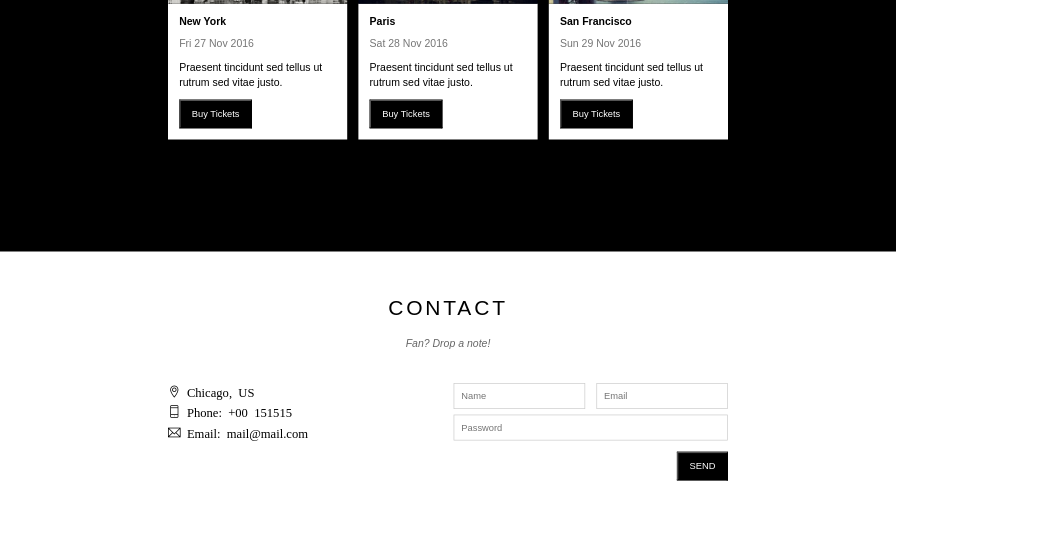
Repository: duyhung0311/band_music
Page: index.html
The author's editor kept a copy of each file at every save. The page is drawn from the files as they stood at one save, then again after the next save.
The browser window is 1280 px wide. The page is 1280 px wide, then 1489 px, so the pictures cover 1489 px, including what lies to the right of the window. The pictures show the part of the page from y = 1846 to 3486 px (the page is 2644 px tall before and 3486 px after), at 70% of full size.

Above is the page before, as saved 2021-08-15 13:18:11.

After the next save:
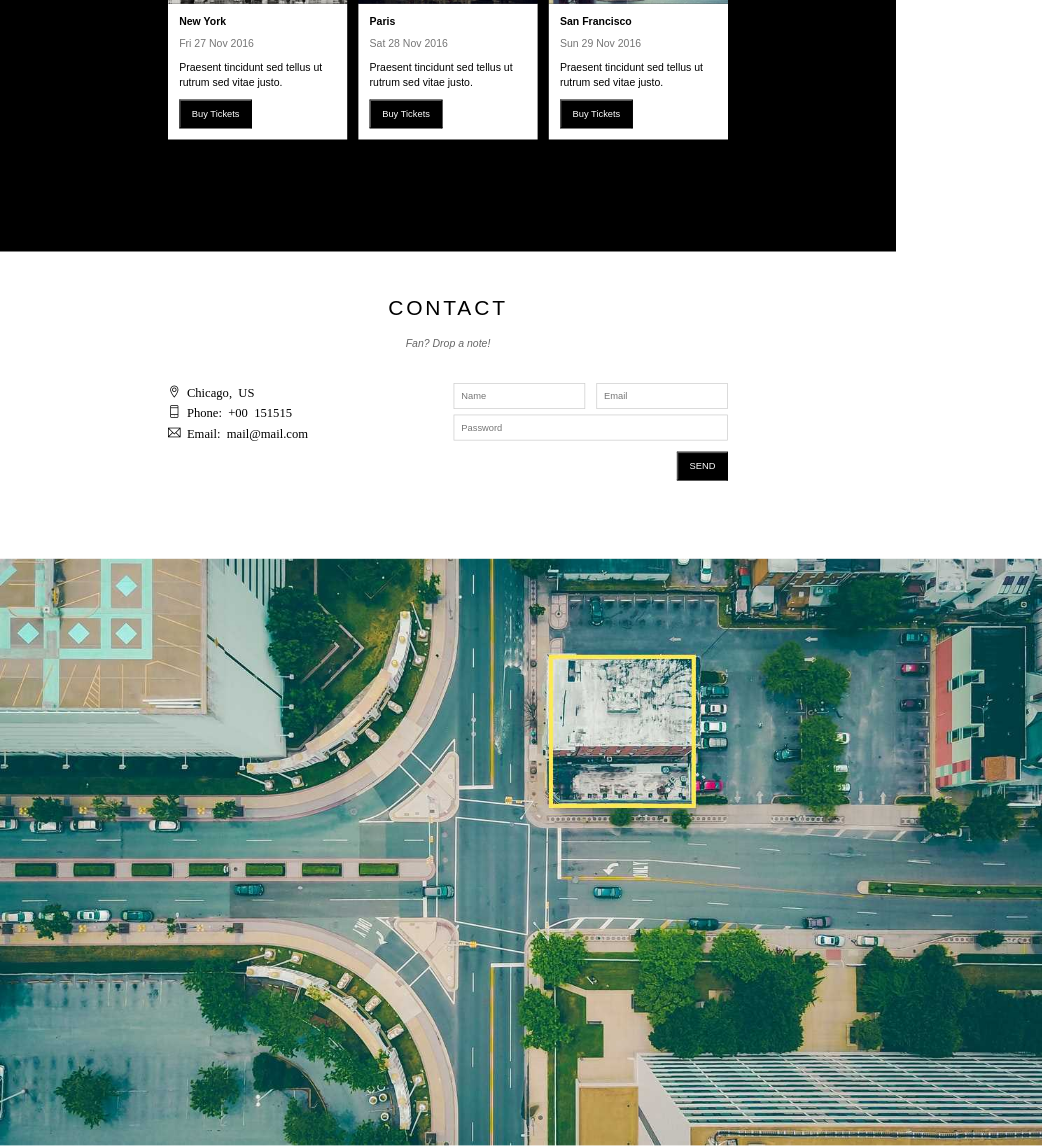
Saved 2 min 29 s later.
--- a/index.html
+++ b/index.html
@@ -52,7 +52,7 @@
       </div>
 
       <div id="content">
-        <!-- Begin: contact section -->
+        <!-- Begin:about section -->
         <div class="content-section">
           <h2 class="section-heading">THE BAND</h2>
           <p class="section-sub-heading">We love music</p>
@@ -101,7 +101,7 @@
             <div class="clear"></div>
           </div>
         </div>
-
+        <!-- End: about sections -->
         <!-- Tour section -->
         <div class="tour-section">
           <div class="content-section">
@@ -131,9 +131,7 @@
                   <p class="place-description">
                     Praesent tincidunt sed tellus ut rutrum sed vitae justo.
                   </p>
-                  <button class="btn js-buy-ticket">
-                    Buy Tickets
-                  </button>
+                  <button class="btn js-buy-ticket">Buy Tickets</button>
                 </div>
               </div>
 
@@ -149,9 +147,7 @@
                   <p class="place-description">
                     Praesent tincidunt sed tellus ut rutrum sed vitae justo.
                   </p>
-                  <button class="btn js-buy-ticket">
-                    Buy Tickets
-                  </button>
+                  <button class="btn js-buy-ticket">Buy Tickets</button>
                 </div>
               </div>
               <div class="col col-third">
@@ -166,9 +162,7 @@
                   <p class="place-description">
                     Praesent tincidunt sed tellus ut rutrum sed vitae justo.
                   </p>
-                  <button class="btn js-buy-ticket">
-                    Buy Tickets
-                  </button>
+                  <button class="btn js-buy-ticket">Buy Tickets</button>
                 </div>
               </div>
               <div class="clear"></div>
@@ -176,7 +170,7 @@
           </div>
         </div>
 
-        <!-- Tour section -->
+        <!-- Begin :Tour section -->
         <div class="content-section">
           <h2 class="section-heading">CONTACT</h2>
           <p class="section-sub-heading">Fan? Drop a note!</p>
@@ -186,7 +180,7 @@
               <p><i class="ti-mobile"> Phone: +00 151515 </i></p>
               <p><i class="ti-email"> Email: mail@mail.com </i></p>
             </div>
-            <div class="col col-half  contact-form">
+            <div class="col col-half contact-form">
               <form action="">
                 <div class="row">
                   <div class="col col-half">
@@ -211,7 +205,7 @@
                   </div>
                 </div>
                 <div class="row mt-8">
-                   <div class="col col-full">
+                  <div class="col col-full">
                     <input
                       type="password"
                       name=""
@@ -222,11 +216,21 @@
                     />
                   </div>
                 </div>
-                <input type="submit" value="SEND" class="btn pull-right mt-16">
+                <input
+                  type="submit"
+                  value="SEND"
+                  class="btn pull-right mt-16"
+                />
               </form>
             </div>
           </div>
         </div>
+        <!-- End :Tour section -->
+        <!-- Begin: Map section -->
+        <div class="map-section">
+          <img src="./assets/img/map/map.jpg" alt="Map">
+        </div>
+        <!-- End: Map section -->
       </div>
 
       <div id="footer"></div>
